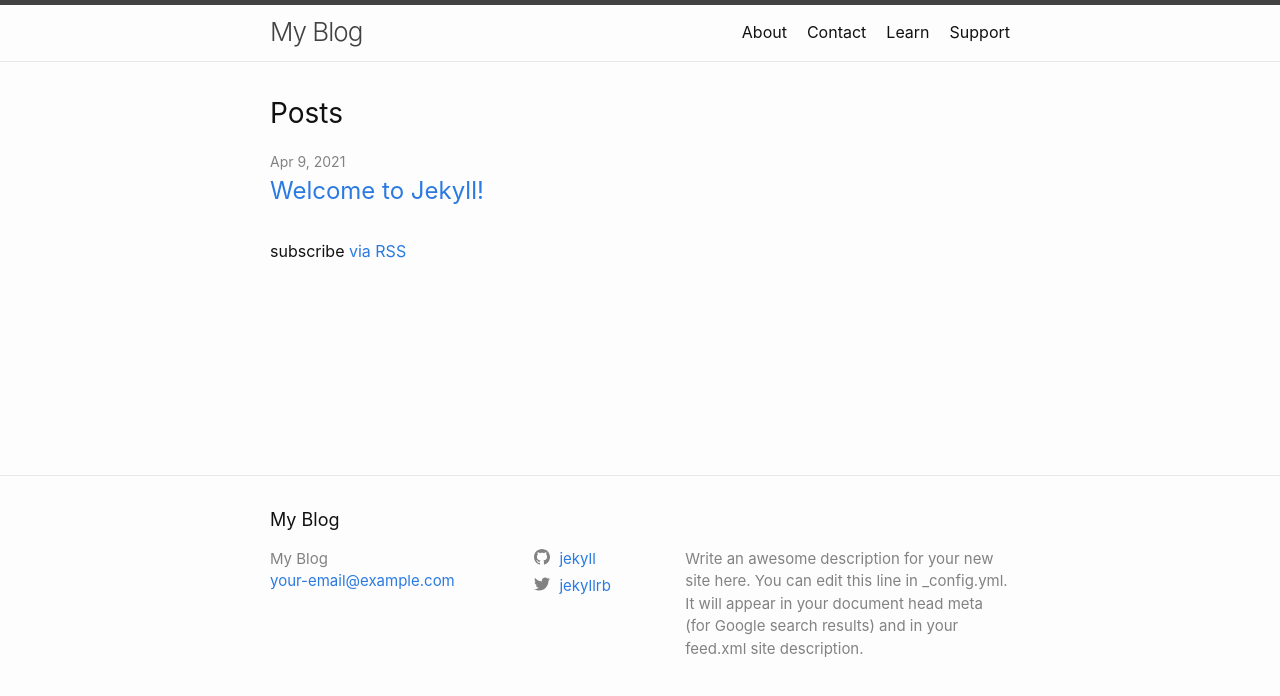
Repository: nashthecoder/nashthecoder
Page: Desktop/Tiger/my-site/_site/index.html
An editor plug-in stored every save of this project. The page is shown before and after the next save, followed by the edit.
The browser window is 1280 px wide. The pictures show the whole page.

Above is the page before, as saved 2021-04-12 02:24:38.

### Desktop/Tiger/my-site/_site/index.html
<!DOCTYPE html>
<html lang="en"><head>
  <meta charset="utf-8">
  <meta http-equiv="X-UA-Compatible" content="IE=edge">
  <meta name="viewport" content="width=device-width, initial-scale=1"><!-- Begin Jekyll SEO tag v2.7.1 -->
<title>My Blog | Home</title>
<meta name="generator" content="Jekyll v4.2.0" />
<meta property="og:title" content="My Blog" />
<meta property="og:locale" content="en_US" />
<meta name="description" content="Write an awesome description for your new site here. You can edit this line in _config.yml. It will appear in your document head meta (for Google search results) and in your feed.xml site description." />
<meta property="og:description" content="Write an awesome description for your new site here. You can edit this line in _config.yml. It will appear in your document head meta (for Google search results) and in your feed.xml site description." />
<link rel="canonical" href="/" />
<meta property="og:url" content="/" />
<meta property="og:site_name" content="My Blog" />
<meta name="twitter:card" content="summary" />
<meta property="twitter:title" content="My Blog" />
<script type="application/ld+json">
{"url":"/","headline":"My Blog","@type":"WebSite","description":"Write an awesome description for your new site here. You can edit this line in _config.yml. It will appear in your document head meta (for Google search results) and in your feed.xml site description.","name":"My Blog","@context":"https://schema.org"}</script>
<!-- End Jekyll SEO tag -->
<link rel="stylesheet" href="/assets/main.css"><link type="application/atom+xml" rel="alternate" href="/feed.xml" title="My Blog" /></head>
<body><header class="site-header" role="banner">

  <div class="wrapper"><a class="site-title" rel="author" href="/">My Blog</a><nav class="site-nav">
        <input type="checkbox" id="nav-trigger" class="nav-trigger" />
        <label for="nav-trigger">
          <span class="menu-icon">
            <svg viewBox="0 0 18 15" width="18px" height="15px">
              <path d="M18,1.484c0,0.82-0.665,1.484-1.484,1.484H1.484C0.665,2.969,0,2.304,0,1.484l0,0C0,0.665,0.665,0,1.484,0 h15.032C17.335,0,18,0.665,18,1.484L18,1.484z M18,7.516C18,8.335,17.335,9,16.516,9H1.484C0.665,9,0,8.335,0,7.516l0,0 c0-0.82,0.665-1.484,1.484-1.484h15.032C17.335,6.031,18,6.696,18,7.516L18,7.516z M18,13.516C18,14.335,17.335,15,16.516,15H1.484 C0.665,15,0,14.335,0,13.516l0,0c0-0.82,0.665-1.483,1.484-1.483h15.032C17.335,12.031,18,12.695,18,13.516L18,13.516z"/>
            </svg>
          </span>
        </label>

        <div class="trigger"><a class="page-link" href="/about/">About</a><a class="page-link" href="/conact/">Contact</a><a class="page-link" href="/learn/">Learn</a><a class="page-link" href="/support/">Support</a></div>
      </nav></div>
</header>
<main class="page-content" aria-label="Content">
      <div class="wrapper">
        <div class="home">
<h2 class="post-list-heading">Posts</h2>
    <ul class="post-list"><li><span class="post-meta">Apr 9, 2021</span>
        <h3>
          <a class="post-link" href="/jekyll/update/2021/04/09/welcome-to-jekyll.html">
            Welcome to Jekyll!
          </a>
        </h3></li></ul>

    <p class="rss-subscribe">subscribe <a href="/feed.xml">via RSS</a></p></div>

      </div>
    </main><footer class="site-footer h-card">
  <data class="u-url" href="/"></data>

  <div class="wrapper">

    <h2 class="footer-heading">My Blog</h2>

    <div class="footer-col-wrapper">
      <div class="footer-col footer-col-1">
        <ul class="contact-list">
          <li class="p-name">My Blog</li><li><a class="u-email" href="mailto:your-email@example.com">your-email@example.com</a></li></ul>
      </div>

      <div class="footer-col footer-col-2"><ul class="social-media-list"><li><a href="https://github.com/jekyll"><svg class="svg-icon"><use xlink:href="/assets/minima-social-icons.svg#github"></use></svg> <span class="username">jekyll</span></a></li><li><a href="https://www.twitter.com/jekyllrb"><svg class="svg-icon"><use xlink:href="/assets/minima-social-icons.svg#twitter"></use></svg> <span class="username">jekyllrb</span></a></li></ul>
</div>

      <div class="footer-col footer-col-3">
        <p>Write an awesome description for your new site here. You can edit this line in _config.yml. It will appear in your document head meta (for Google search results) and in your feed.xml site description.</p>
      </div>
    </div>

  </div>

</footer>
</body>

</html>

### Desktop/Tiger/my-site/_site/assets/main.css
/** Reset some basic elements */
body, h1, h2, h3, h4, h5, h6, p, blockquote, pre, hr, dl, dd, ol, ul, figure { margin: 0; padding: 0; }

/** Basic styling */
body { font: 400 16px/1.5 -apple-system, BlinkMacSystemFont, "Segoe UI", Roboto, Helvetica, Arial, sans-serif, "Apple Color Emoji", "Segoe UI Emoji", "Segoe UI Symbol"; color: #111; background-color: #fdfdfd; -webkit-text-size-adjust: 100%; -webkit-font-feature-settings: "kern" 1; -moz-font-feature-settings: "kern" 1; -o-font-feature-settings: "kern" 1; font-feature-settings: "kern" 1; font-kerning: normal; display: flex; min-height: 100vh; flex-direction: column; }

/** Set `margin-bottom` to maintain vertical rhythm */
h1, h2, h3, h4, h5, h6, p, blockquote, pre, ul, ol, dl, figure, .highlight { margin-bottom: 15px; }

/** `main` element */
main { display: block; /* Default value of `display` of `main` element is 'inline' in IE 11. */ }

/** Images */
img { max-width: 100%; vertical-align: middle; }

/** Figures */
figure > img { display: block; }

figcaption { font-size: 14px; }

/** Lists */
ul, ol { margin-left: 30px; }

li > ul, li > ol { margin-bottom: 0; }

/** Headings */
h1, h2, h3, h4, h5, h6 { font-weight: 400; }

/** Links */
a { color: #2a7ae2; text-decoration: none; }

a:visited { color: #1756a9; }

a:hover { color: #111; text-decoration: underline; }

.social-media-list a:hover { text-decoration: none; }

.social-media-list a:hover .username { text-decoration: underline; }

/** Blockquotes */
blockquote { color: #828282; border-left: 4px solid #e8e8e8; padding-left: 15px; font-size: 18px; letter-spacing: -1px; font-style: italic; }

blockquote > :last-child { margin-bottom: 0; }

/** Code formatting */
pre, code { font-size: 15px; border: 1px solid #e8e8e8; border-radius: 3px; background-color: #eef; }

code { padding: 1px 5px; }

pre { padding: 8px 12px; overflow-x: auto; }

pre > code { border: 0; padding-right: 0; padding-left: 0; }

/** Wrapper */
.wrapper { max-width: -webkit-calc(800px - (30px * 2)); max-width: calc(800px - (30px * 2)); margin-right: auto; margin-left: auto; padding-right: 30px; padding-left: 30px; }

@media screen and (max-width: 800px) { .wrapper { max-width: -webkit-calc(800px - (30px)); max-width: calc(800px - (30px)); padding-right: 15px; padding-left: 15px; } }

/** Clearfix */
.footer-col-wrapper:after, .wrapper:after { content: ""; display: table; clear: both; }

/** Icons */
.svg-icon { width: 16px; height: 16px; display: inline-block; fill: #828282; padding-right: 5px; vertical-align: text-top; }

.social-media-list li + li { padding-top: 5px; }

/** Tables */
table { margin-bottom: 30px; width: 100%; text-align: left; color: #3f3f3f; border-collapse: collapse; border: 1px solid #e8e8e8; }

table tr:nth-child(even) { background-color: #f7f7f7; }

table th, table td { padding: 10px 15px; }

table th { background-color: #f0f0f0; border: 1px solid #dedede; border-bottom-color: #c9c9c9; }

table td { border: 1px solid #e8e8e8; }

/** Site header */
.site-header { border-top: 5px solid #424242; border-bottom: 1px solid #e8e8e8; min-height: 55.95px; position: relative; }

.site-title { font-size: 26px; font-weight: 300; line-height: 54px; letter-spacing: -1px; margin-bottom: 0; float: left; }

.site-title, .site-title:visited { color: #424242; }

.site-nav { float: right; line-height: 54px; }

.site-nav .nav-trigger { display: none; }

.site-nav .menu-icon { display: none; }

.site-nav .page-link { color: #111; line-height: 1.5; }

.site-nav .page-link:not(:last-child) { margin-right: 20px; }

@media screen and (max-width: 600px) { .site-nav { position: absolute; top: 9px; right: 15px; background-color: #fdfdfd; border: 1px solid #e8e8e8; border-radius: 5px; text-align: right; } .site-nav label[for="nav-trigger"] { display: block; float: right; width: 36px; height: 36px; z-index: 2; cursor: pointer; } .site-nav .menu-icon { display: block; float: right; width: 36px; height: 26px; line-height: 0; padding-top: 10px; text-align: center; } .site-nav .menu-icon > svg { fill: #424242; } .site-nav input ~ .trigger { clear: both; display: none; } .site-nav input:checked ~ .trigger { display: block; padding-bottom: 5px; } .site-nav .page-link { display: block; padding: 5px 10px; margin-left: 20px; } .site-nav .page-link:not(:last-child) { margin-right: 0; } }

/** Site footer */
.site-footer { border-top: 1px solid #e8e8e8; padding: 30px 0; }

.footer-heading { font-size: 18px; margin-bottom: 15px; }

.contact-list, .social-media-list { list-style: none; margin-left: 0; }

.footer-col-wrapper { font-size: 15px; color: #828282; margin-left: -15px; }

.footer-col { float: left; margin-bottom: 15px; padding-left: 15px; }

.footer-col-1 { width: -webkit-calc(35% - (30px / 2)); width: calc(35% - (30px / 2)); }

.footer-col-2 { width: -webkit-calc(20% - (30px / 2)); width: calc(20% - (30px / 2)); }

.footer-col-3 { width: -webkit-calc(45% - (30px / 2)); width: calc(45% - (30px / 2)); }

@media screen and (max-width: 800px) { .footer-col-1, .footer-col-2 { width: -webkit-calc(50% - (30px / 2)); width: calc(50% - (30px / 2)); } .footer-col-3 { width: -webkit-calc(100% - (30px / 2)); width: calc(100% - (30px / 2)); } }

@media screen and (max-width: 600px) { .footer-col { float: none; width: -webkit-calc(100% - (30px / 2)); width: calc(100% - (30px / 2)); } }

/** Page content */
.page-content { padding: 30px 0; flex: 1; }

.page-heading { font-size: 32px; }

.post-list-heading { font-size: 28px; }

.post-list { margin-left: 0; list-style: none; }

.post-list > li { margin-bottom: 30px; }

.post-meta { font-size: 14px; color: #828282; }

.post-link { display: block; font-size: 24px; }

/** Posts */
.post-header { margin-bottom: 30px; }

.post-title { font-size: 42px; letter-spacing: -1px; line-height: 1; }

@media screen and (max-width: 800px) { .post-title { font-size: 36px; } }

.post-content { margin-bottom: 30px; }

.post-content h2 { font-size: 32px; }

@media screen and (max-width: 800px) { .post-content h2 { font-size: 28px; } }

.post-content h3 { font-size: 26px; }

@media screen and (max-width: 800px) { .post-content h3 { font-size: 22px; } }

.post-content h4 { font-size: 20px; }

@media screen and (max-width: 800px) { .post-content h4 { font-size: 18px; } }

/** Syntax highlighting styles */
.highlight { background: #fff; }

.highlighter-rouge .highlight { background: #eef; }

.highlight .c { color: #998; font-style: italic; }

.highlight .err { color: #a61717; background-color: #e3d2d2; }

.highlight .k { font-weight: bold; }

.highlight .o { font-weight: bold; }

.highlight .cm { color: #998; font-style: italic; }

.highlight .cp { color: #999; font-weight: bold; }

.highlight .c1 { color: #998; font-style: italic; }

.highlight .cs { color: #999; font-weight: bold; font-style: italic; }

.highlight .gd { color: #000; background-color: #fdd; }

.highlight .gd .x { color: #000; background-color: #faa; }

.highlight .ge { font-style: italic; }

.highlight .gr { color: #a00; }

.highlight .gh { color: #999; }

.highlight .gi { color: #000; background-color: #dfd; }

.highlight .gi .x { color: #000; background-color: #afa; }

.highlight .go { color: #888; }

.highlight .gp { color: #555; }

.highlight .gs { font-weight: bold; }

.highlight .gu { color: #aaa; }

.highlight .gt { color: #a00; }

.highlight .kc { font-weight: bold; }

.highlight .kd { font-weight: bold; }

.highlight .kp { font-weight: bold; }

.highlight .kr { font-weight: bold; }

.highlight .kt { color: #458; font-weight: bold; }

.highlight .m { color: #099; }

.highlight .s { color: #d14; }

.highlight .na { color: #008080; }

.highlight .nb { color: #0086B3; }

.highlight .nc { color: #458; font-weight: bold; }

.highlight .no { color: #008080; }

.highlight .ni { color: #800080; }

.highlight .ne { color: #900; font-weight: bold; }

.highlight .nf { color: #900; font-weight: bold; }

.highlight .nn { color: #555; }

.highlight .nt { color: #000080; }

.highlight .nv { color: #008080; }

.highlight .ow { font-weight: bold; }

.highlight .w { color: #bbb; }

.highlight .mf { color: #099; }

.highlight .mh { color: #099; }

.highlight .mi { color: #099; }

.highlight .mo { color: #099; }

.highlight .sb { color: #d14; }

.highlight .sc { color: #d14; }

.highlight .sd { color: #d14; }

.highlight .s2 { color: #d14; }

.highlight .se { color: #d14; }

.highlight .sh { color: #d14; }

.highlight .si { color: #d14; }

.highlight .sx { color: #d14; }

.highlight .sr { color: #009926; }

.highlight .s1 { color: #d14; }

.highlight .ss { color: #990073; }

.highlight .bp { color: #999; }

.highlight .vc { color: #008080; }

.highlight .vg { color: #008080; }

.highlight .vi { color: #008080; }

.highlight .il { color: #099; }

/*# sourceMappingURL=main.css.map */

After the next save:
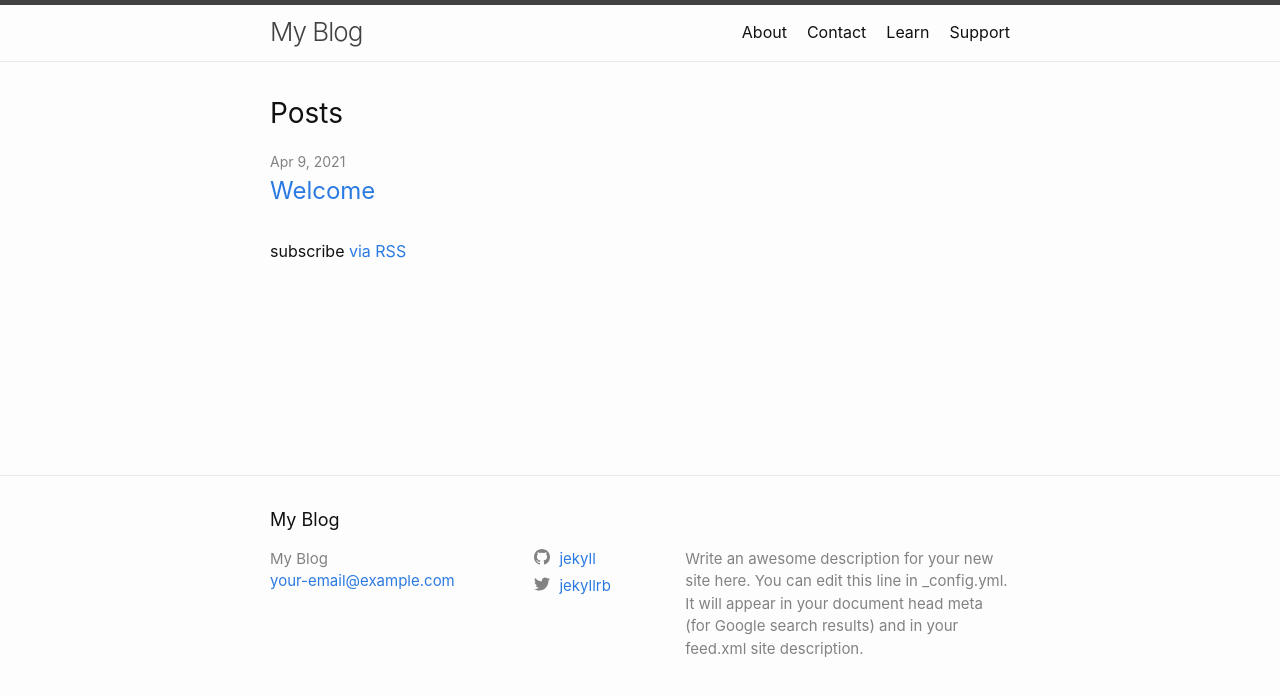
Saved 59 s later.
--- a/Desktop/Tiger/my-site/_site/index.html
+++ b/Desktop/Tiger/my-site/_site/index.html
@@ -3,7 +3,7 @@
   <meta charset="utf-8">
   <meta http-equiv="X-UA-Compatible" content="IE=edge">
   <meta name="viewport" content="width=device-width, initial-scale=1"><!-- Begin Jekyll SEO tag v2.7.1 -->
-<title>My Blog | Home</title>
+<title>My Blog | Write an awesome description for your new site here. You can edit this line in _config.yml. It will appear in your document head meta (for Google search results) and in your feed.xml site description.</title>
 <meta name="generator" content="Jekyll v4.2.0" />
 <meta property="og:title" content="My Blog" />
 <meta property="og:locale" content="en_US" />
@@ -40,7 +40,7 @@
     <ul class="post-list"><li><span class="post-meta">Apr 9, 2021</span>
         <h3>
           <a class="post-link" href="/jekyll/update/2021/04/09/welcome-to-jekyll.html">
-            Welcome to Jekyll!
+            Welcome
           </a>
         </h3></li></ul>
 
